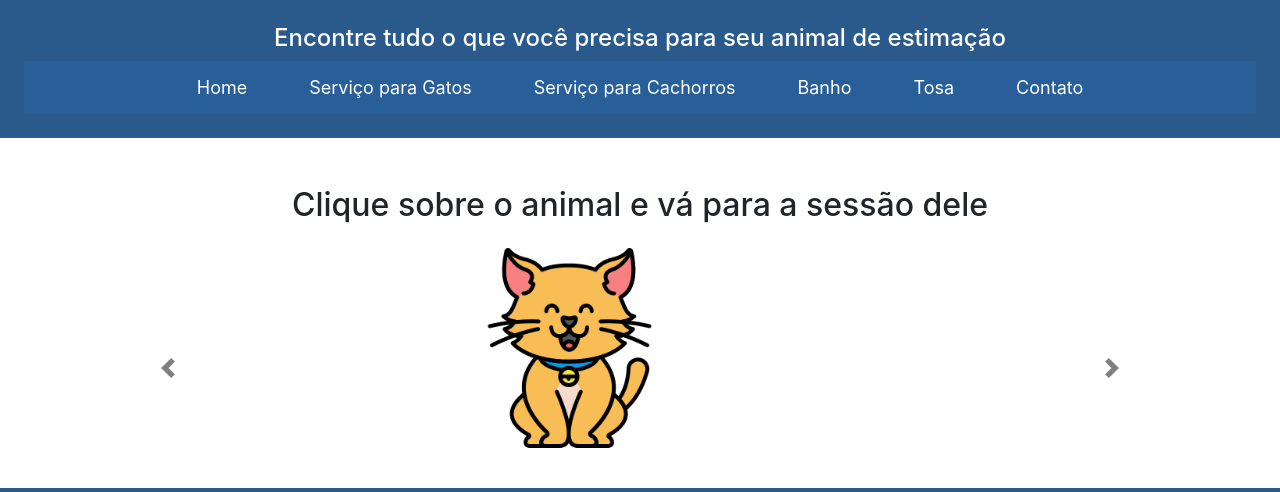
Repository: graeff01/petshop-project
Page: index.html
These files come from the project's save history. The page is drawn as it stood at one moment and after the next save; the edit follows.
The browser window is 1280 px wide. The pictures show the part of the page from y = 0 to 492 px (the page is 1672 px tall).
A picture or video elsewhere on the page could not be fetched, so the positions and the page height are approximate.

Above is the page before, as saved 2024-09-18 11:33:55.

### index.html
<!DOCTYPE html>
<html lang="pt-br">
<head>
    <meta charset="UTF-8">
    <meta name="viewport" content="width=device-width, initial-scale=1.0">
    <title>PetShop - Home</title>
    <link rel="stylesheet" href="css/style.css">
    <link href="https://maxcdn.bootstrapcdn.com/bootstrap/4.5.2/css/bootstrap.min.css" rel="stylesheet">
</head>
<body>
    <!-- Cabeçalho com menu de navegação -->
    <header class="blue-background text-center p-4">
        <h1>Encontre tudo o que você precisa para seu animal de estimação</h1>
        <nav>
            <ul class="nav justify-content-center">
                <li class="nav-item">
                    <a class="nav-link active" href="index.html">Home</a>
                </li>
                <li class="nav-item">
                    <a class="nav-link" href="gato.html">Serviço para Gatos</a>
                </li>
                <li class="nav-item">
                    <a class="nav-link" href="dog.html">Serviço para Cachorros</a>
                </li>
                <li class="nav-item">
                    <a class="nav-link" href="banho.html">Banho</a>
                </li>
                <li class="nav-item">
                    <a class="nav-link" href="tosa.html">Tosa</a>
                </li>
                <li class="nav-item">
                    <a class="nav-link" href="contato.html">Contato</a>
                </li>
            </ul>
        </nav>
    </header>


<!-- Seção com título explicativo -->
<section class="carousel-section container mt-5">
    <h2 class="text-center mb-4">Clique sobre o animal e vá para a sessão dele</h2> <!-- Título centralizado -->

    <!-- Carrossel de Imagens -->
    <div id="carouselExampleIndicators" class="carousel slide" data-ride="carousel">
        <div class="carousel-inner">
            <div class="carousel-item active">
                <a href="gato.html">
                    <img class="d-block w-100" src="img/cat.png" alt="Primeira imagem">
                </a>
            </div>
            <div class="carousel-item">
                <a href="dog.html">
                    <img class="d-block w-100" src="img/dog.png" alt="Segunda imagem">
                </a>
            </div>
        </div>
        <a class="carousel-control-prev" href="#carouselExampleIndicators" role="button" data-slide="prev">
            <span class="carousel-control-prev-icon" aria-hidden="true"></span>
            <span class="sr-only">Previous</span>
        </a>
        <a class="carousel-control-next" href="#carouselExampleIndicators" role="button" data-slide="next">
            <span class="carousel-control-next-icon" aria-hidden="true"></span>
            <span class="sr-only">Next</span>
        </a>
    </div>
</section>


    <!-- Seção de Fidelidade -->
    <section class="membership text-center p-4">
        <div class="membership-content d-flex align-items-center justify-content-center">
            <div class="membership-text text-center">
                <h3>Torne-se um membro<br>E obtenha desconto</h3>
                <a href="cliente.html" class="btn btn-dark">Virar Membro</a>
            </div>
            <div class="membership-image">
                <img src="img/fidelidade.jpg" alt="Gift" class="img-fluid">
            </div>
        </div>
    </section>

    <!-- Conselhos -->
    <main class="container mt-5">
        <div class="advice-section d-flex justify-content-center align-items-center">
            <div class="advice-text text-center">
                <h2>Alguns bons conselhos para cuidar de seu animal de estimação</h2><br><br>
                <p><strong>Paciência e compreensão:</strong> entenda que os animais de estimação têm suas personalidades. Seja paciente, especialmente durante o treinamento.</p> <br>
                <p><strong>Eduque-se:</strong> Aprenda sobre a raça, os comportamentos e os requisitos de saúde específicos de seu animal de estimação.</p><br>
                <p><strong>Preparação para emergências:</strong> Familiarize-se com a localização da clínica veterinária de emergência mais próxima.</p><br>
                <p><strong>Reforço positivo:</strong> Aprenda técnicas de reforço positivo.</p>
            </div>
            <div class="advice-image text-center">
                <img src="img/dogg.png" alt="Dog Advice" class="img-fluid">
            </div>
        </div>
    </main>

    <!-- Rodapé com informações de contato -->
    <footer class="footer mt-5 p-4 bg-light text-center">
        <div class="footer-container">
            <div class="footer-left">
                <img src="img/logo.png" alt="PetShop Logo" class="footer-logo">
            </div>
            <div class="footer-center">
                <ul class="footer-links">
                    <li><a href="index.html">Home</a></li>
                    <li><a href="gato.html">Gato</a></li>
                    <li><a href="dog.html">Cachorro</a></li>
                    <li><a href="banho.html">Banho</a></li>
                    <li><a href="tosa.html">Tosa</a></li>
                    <li><a href="contato.html">Contato</a></li>
                </ul>
            </div>
            <div class="footer-right">
                <p>Contato: (11) 1234-5678 | contato@petshop.com</p>
                <p>Autor: Douglas - Projeto Web</p>
                <div class="social-icons">
                    <a href="#"><img src="img/face.png" alt="Facebook"></a>
                    <a href="#"><img src="img/insta.png" alt="Instagram"></a>
                    <a href="#"><img src="img/x.png" alt="Twitter"></a>
                </div>
            </div>
        </div>
    </footer>

    <script src="https://code.jquery.com/jquery-3.5.1.slim.min.js"></script>
    <script src="https://cdn.jsdelivr.net/npm/@popperjs/core@2.9.2/dist/umd/popper.min.js"></script>
    <script src="https://maxcdn.bootstrapcdn.com/bootstrap/4.5.2/js/bootstrap.min.js"></script>
</body>
</html>

### css/style.css
/* Estilos globais */
body {
    font-family: Arial, sans-serif;
    margin: 0;
    padding: 0;
}

/* Cabeçalho */
header.blue-background {
    background-color: #2a598b;
    color: white;
    padding: 20px 0;
    text-align: center;
    width: 100%;
    box-sizing: border-box;
}

header.blue-background h1 {
    font-size: 24px;
}

nav ul {
    margin: 0;
    padding: 0;
    list-style: none; /* Remove marcadores de lista */
    display: flex;
    background-color: #2a619cce;
    padding: 5px 0;
}

nav ul li {
    margin: 0 15px;
}

nav ul li a {
    color: rgb(255, 255, 255);
    text-decoration: none;
    font-size: 18px;
    transition: color 0.3s ease;
}

nav ul li a:hover {
    color: #ffd700;
}

/* Barra de busca */
.search-bar {
    padding: 10px;
    font-size: 16px;
    width: 50%;
    margin: 20px auto;
    border-radius: 20px;
    border: 2px solid #ffffff;
    transition: all 0.3s ease;
}

.search-bar:focus {
    border-color: #e61212;
    outline: none;
}

/* Carrossel */
.carousel-item img {
    max-height: 300px;
    max-width: 200px;
    margin-left: 450px;
    object-fit: cover;
    margin-bottom: 40px;
}

/* Alterar a cor usando filter */
.carousel-control-prev-icon,
.carousel-control-next-icon {
    filter: invert(100%) sepia(100%) saturate(0%) hue-rotate(0deg) brightness(100%) contrast(100%);
    /* Modifique `invert` e outros valores para ajustar a cor */
}

/* Seção de Membros */
section.membership {
    background-color: #2a598b;
    padding: 60px 0;
    text-align: center;
    width: 100%;
    box-sizing: border-box;
}

.membership-content {
    background-color: #fff;
    border: 1px solid #000000ee;
    border-radius: 20px;
    padding: 20px;
    display: flex;
    align-items: center;
    text-align: left;
    max-width: 900px;
    margin: auto;
}

.membership-text {
    margin-right: 20px;
    text-align: center;
}

.membership-text h3 {
    font-size: 35px;
    margin-bottom: 10px;
}

.membership-image {
    flex: 1;
    text-align: center;
}

.membership-image img {
    max-width: 500px;
    height: auto;
    border-radius: 20px;
}

/* Seção de conselhos */
.advice-section {
    display: flex;
    justify-content: space-between;
    align-items: center;
    padding: 20px 0;
}

.advice-text {
    flex: 1;
    margin-left: 80px;
}

.advice-text h2 {
    color: #2a598b;
}

.advice-text p {
    font-size: 15px;
    margin-right: 10px;
    margin-bottom: 10px;
}

.advice-image {
    flex: 1;
    margin-left: 20px;
}

.advice-image img {
    max-width: 100%;
    height: 500px;
    border-radius: 20px;
}

/* Rodapé */
.footer {
    background-color: #d5d7d8;
    padding: 20px 0;
    color: white;
    text-align: center;
    width: 100%;
}

.footer-container {
    display: flex;
    justify-content: space-between;
    align-items: center;
    max-width: 1200px;
    margin: 0 auto;
    padding: 0 20px;
    box-sizing: border-box;
}

.footer-left img {
    width: 100px;
}

.footer-center {
    flex: 1;
}

.footer-links {
    list-style-type: none;
    padding: 0;
    margin: 0;
    display: flex;
    justify-content: center;
}

.footer-links li {
    margin: 0 10px;
}

.footer-links a {
    color: rgb(35, 111, 197);
    text-decoration: none;
    font-size: 16px;
}

.footer-links a:hover {
    text-decoration: underline;
}

.footer-right .social-icons {
    display: flex;
    justify-content: center;
}

.footer-right .social-icons a {
    margin: 0 10px;
}

.footer-right .social-icons img {
    width: 30px;
    height: 30px;
}

After the next save:
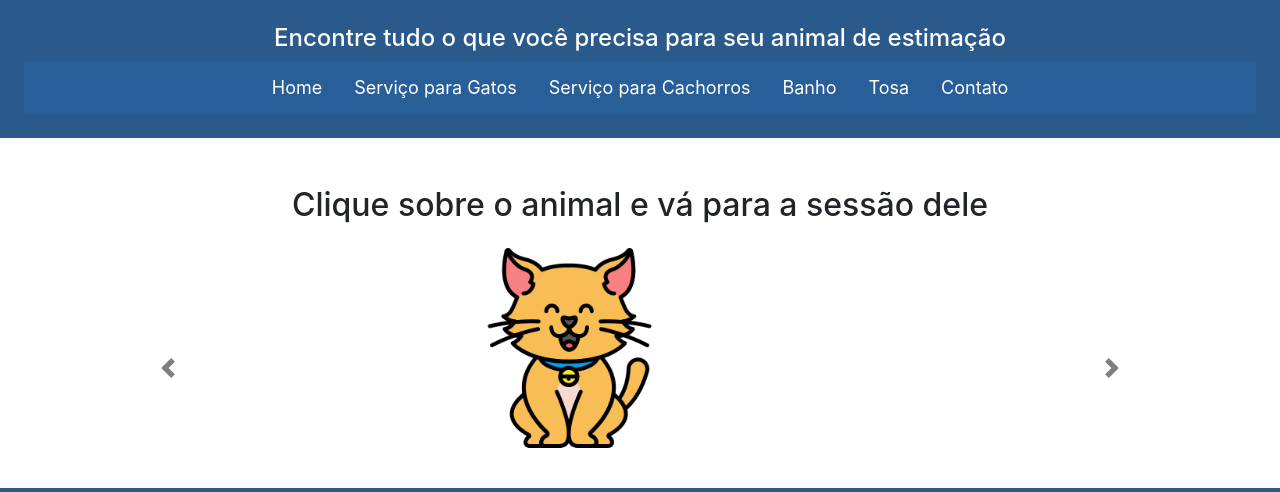
Saved 12 s later.
--- a/css/style.css
+++ b/css/style.css
@@ -29,7 +29,8 @@ nav ul {
 }
 
 nav ul li {
-    margin: 0 15px;
+    margin: 0;
+    padding: 0;
 }
 
 nav ul li a {
